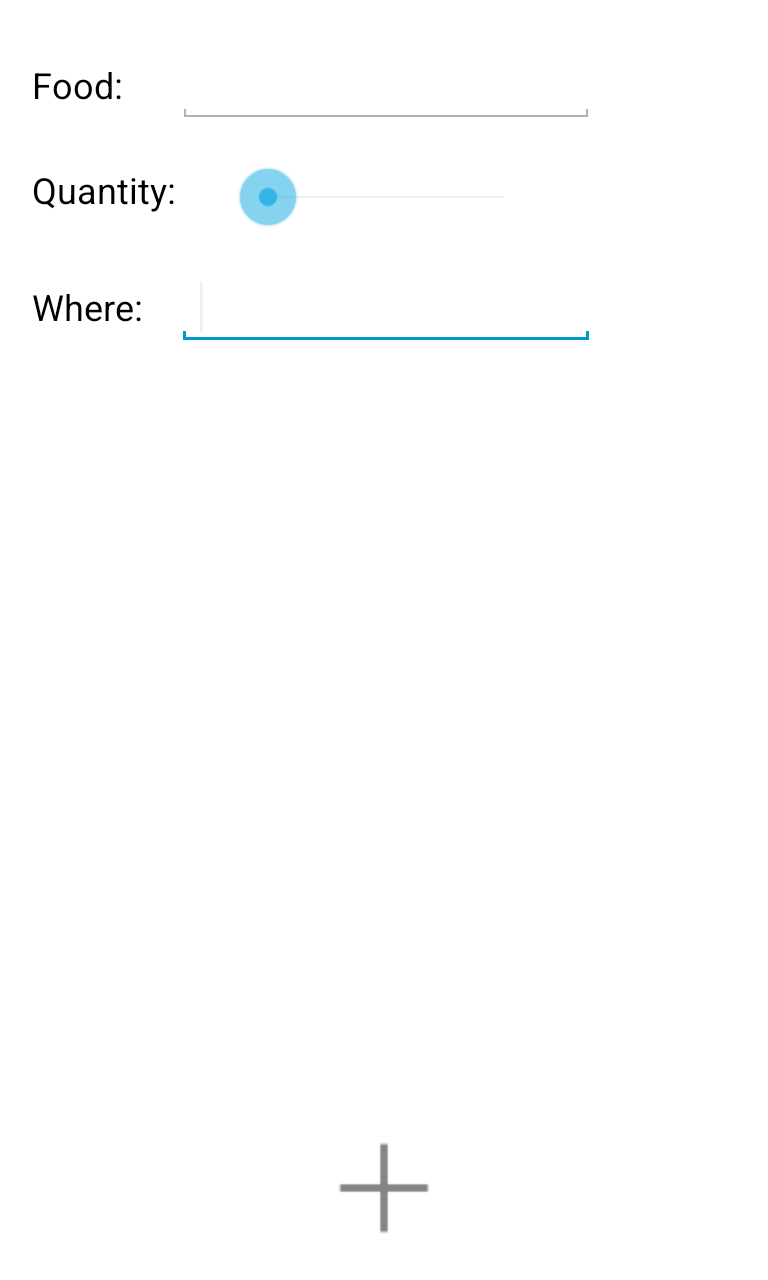
Repository: haychris/Frooder-Android
Layout: Frooder-Android/res/layout/activity_add_food.xml
The author's editor kept a copy of each file at every save. The layout is drawn from the files as they stood at one save, then again after the next save.
It is drawn on a 768 x 1280 px phone screen (xhdpi) without system bars, with theme AppTheme; the app's code is not run.

Above is the layout before, as saved 2014-11-30 21:14:14.

### Frooder-Android/res/layout/activity_add_food.xml
<RelativeLayout xmlns:android="http://schemas.android.com/apk/res/android"
    xmlns:tools="http://schemas.android.com/tools"
    android:layout_width="match_parent"
    android:layout_height="match_parent"
    android:paddingBottom="@dimen/activity_vertical_margin"
    android:paddingLeft="@dimen/activity_horizontal_margin"
    android:paddingRight="@dimen/activity_horizontal_margin"
    android:paddingTop="@dimen/activity_vertical_margin"
    tools:context="liberum.cibum.frooder.AddFoodActivity" >

    <TextView
        android:id="@+id/textView2"
        android:layout_width="wrap_content"
        android:layout_height="wrap_content"
        android:layout_alignParentLeft="true"
        android:layout_below="@+id/textView1"
        android:layout_marginTop="28dp"
        android:text="Quantity:"
        android:textAppearance="?android:attr/textAppearanceMedium" />

    <TextView
        android:id="@+id/textView1"
        android:layout_width="wrap_content"
        android:layout_height="wrap_content"
        android:layout_alignLeft="@+id/textView2"
        android:layout_alignParentTop="true"
        android:layout_marginTop="14dp"
        android:text="Food:"
        android:textAppearance="?android:attr/textAppearanceMedium" />

    <TextView
        android:id="@+id/textView3"
        android:layout_width="wrap_content"
        android:layout_height="wrap_content"
        android:layout_alignLeft="@+id/textView2"
        android:layout_below="@+id/textView2"
        android:layout_marginTop="34dp"
        android:text="Where:"
        android:textAppearance="?android:attr/textAppearanceMedium" />

    <EditText
        android:id="@+id/editText1"
        android:layout_width="wrap_content"
        android:layout_height="wrap_content"
        android:layout_alignBaseline="@+id/textView1"
        android:layout_alignBottom="@+id/textView1"
        android:layout_toRightOf="@+id/textView2"
        android:ems="10" />

    <EditText
        android:id="@+id/editText2"
        android:layout_width="wrap_content"
        android:layout_height="wrap_content"
        android:layout_alignBaseline="@+id/textView3"
        android:layout_alignBottom="@+id/textView3"
        android:layout_alignRight="@+id/editText1"
        android:ems="10" >

        <requestFocus />
    </EditText>

    <SeekBar
        android:id="@+id/seekBar1"
        android:layout_width="150dp"
        android:layout_height="wrap_content"
        android:layout_alignRight="@+id/editText2"
        android:layout_alignTop="@+id/textView2"
        android:layout_marginRight="30dp" />

	<LinearLayout
	    android:id="@+id/map_layout"
	    android:layout_width="300dp"
	    android:layout_height="150dp"
	    android:orientation="vertical"
	    android:layout_above="@+id/imageView1"
	    android:layout_alignLeft="@+id/textView3"
	    android:layout_below="@+id/editText2"
	    android:layout_marginTop="36dp" >

	    </LinearLayout>

    <ImageView
        android:id="@+id/imageView1"
        android:layout_width="60dp"
        android:layout_height="60dp"
        android:layout_alignParentBottom="true"
        android:layout_centerHorizontal="true"
        android:onClick="saveFood"
        android:src="@drawable/ic_action_add_button" />

</RelativeLayout>

### Frooder-Android/res/values-v14/styles.xml
<resources>

    <!--
        Base application theme for API 14+. This theme completely replaces
        AppBaseTheme from BOTH res/values/styles.xml and
        res/values-v11/styles.xml on API 14+ devices.
    -->
    <style name="AppBaseTheme" parent="android:Theme.Holo.Light.DarkActionBar">
        <!-- API 14 theme customizations can go here. -->
        <item name="android:actionBarStyle">@style/MyActionBarTheme</item>
    </style>

    <style name="MyCustomTheme" parent="@android:style/Theme.Holo.Light">
        <item name="android:actionBarStyle">@style/MyActionBarTheme</item>
    </style>

    <style name="MyActionBarTheme" parent="@android:style/Widget.Holo.Light.ActionBar.Solid.Inverse">
        <item name="android:background">#F2144D</item>
    </style>

</resources>

Loaded but not shown: Frooder-Android/res/values/styles.xml (common file); Frooder-Android/res/values-v11/styles.xml (common file); Frooder-Android/res/values/dimens.xml (common file); Frooder-Android/res/values-w820dp/dimens.xml (common file)

After the next save:
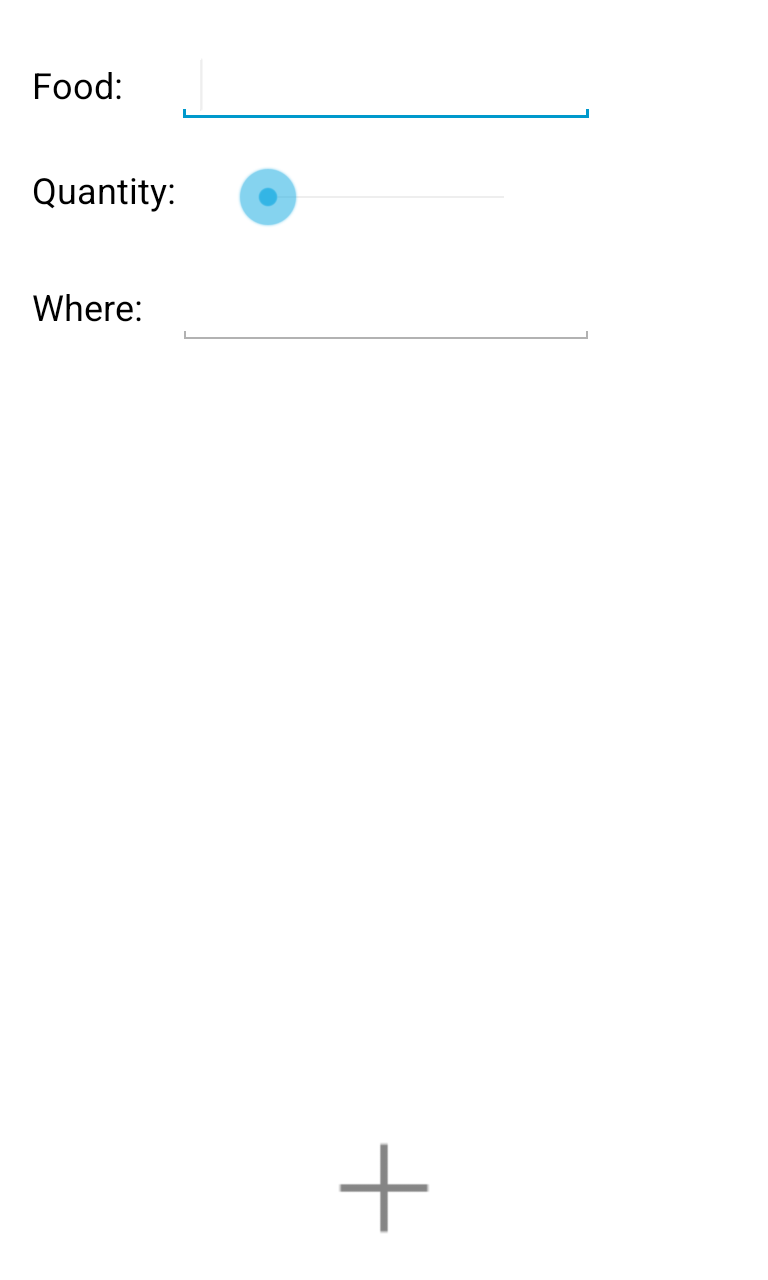
Saved 35 s later.
--- a/Frooder-Android/res/layout/activity_add_food.xml
+++ b/Frooder-Android/res/layout/activity_add_food.xml
@@ -45,7 +45,9 @@
         android:layout_alignBaseline="@+id/textView1"
         android:layout_alignBottom="@+id/textView1"
         android:layout_toRightOf="@+id/textView2"
-        android:ems="10" />
+        android:ems="10" >
+                <requestFocus />
+        </EditText>
 
     <EditText
         android:id="@+id/editText2"
@@ -56,7 +58,6 @@
         android:layout_alignRight="@+id/editText1"
         android:ems="10" >
 
-        <requestFocus />
     </EditText>
 
     <SeekBar
